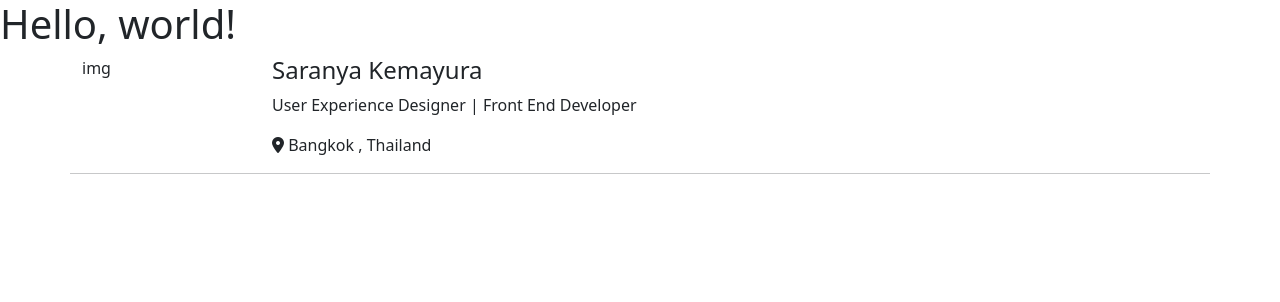
Repository: 0910th/portfolio
Page: index.html
The author's editor kept a copy of each file at every save. The page is drawn from the files as they stood at one save, then again after the next save.
The browser window is 1280 px wide. The pictures show the whole page.

Above is the page before, as saved 2022-12-07 14:29:43.

### index.html
<!doctype html>
<html lang="en">

<head>
    <meta charset="utf-8">
    <meta name="viewport" content="width=device-width, initial-scale=1">
    <title>Saranya Portfolio</title>

    <link href="./css/bootstrap.min.css" rel="stylesheet" crossorigin="anonymous">
    <link href="./css/mystyle.css" rel="stylesheet" crossorigin="anonymous">
    <!--font awesome -->
    <link rel="stylesheet" href="./fontawesome/css/all.css" type="text/css">
    <link rel="stylesheet" href="./fontawesome/css/fontawesome.css">
    <link rel="stylesheet" href="./fontawesome/css/brands.css">
    <link rel="stylesheet" href="./fontawesome/css/solid.css">
</head>

<body>
    <h1>Hello, world!</h1>
    <div class="container">
        <!-- Content here -->
        <!-- section01 Name  -->
        <div class="row justify-content-start">
            <div class="col-2 text-right">
                img
            </div>
            <div class="col-10">
                <h4>Saranya Kemayura</h4>
                <p>User Experience Designer | Front End Developer</p>
                <p><i class="fa-solid fa-location-dot"></i> Bangkok , Thailand </p>
            </div>
            <hr>

        </div>


    </div>




    <!-- script -->
    <script src="https://cdn.jsdelivr.net/npm/@popperjs/core@2.11.6/dist/umd/popper.min.js"
        integrity="sha384-oBqDVmMz9ATKxIep9tiCxS/Z9fNfEXiDAYTujMAeBAsjFuCZSmKbSSUnQlmh/jp3"
        crossorigin="anonymous"></script>
    <script src="https://cdn.jsdelivr.net/npm/bootstrap@5.2.3/dist/js/bootstrap.min.js"
        integrity="sha384-cuYeSxntonz0PPNlHhBs68uyIAVpIIOZZ5JqeqvYYIcEL727kskC66kF92t6Xl2V"
        crossorigin="anonymous"></script>
</body>

</html>

### fontawesome/css/brands.css
/*!
 * Font Awesome Free 6.1.1 by @fontawesome - https://fontawesome.com
 * License - https://fontawesome.com/license/free (Icons: CC BY 4.0, Fonts: SIL OFL 1.1, Code: MIT License)
 * Copyright 2022 Fonticons, Inc.
 */
:root, :host {
  --fa-font-brands: normal 400 1em/1 "Font Awesome 6 Brands"; }

@font-face {
  font-family: 'Font Awesome 6 Brands';
  font-style: normal;
  font-weight: 400;
  font-display: block;
  src: url("../webfonts/fa-brands-400.woff2") format("woff2"), url("../webfonts/fa-brands-400.ttf") format("truetype"); }

.fab,
.fa-brands {
  font-family: 'Font Awesome 6 Brands';
  font-weight: 400; }

.fa-42-group:before {
  content: "\e080"; }

.fa-innosoft:before {
  content: "\e080"; }

.fa-500px:before {
  content: "\f26e"; }

.fa-accessible-icon:before {
  content: "\f368"; }

.fa-accusoft:before {
  content: "\f369"; }

.fa-adn:before {
  content: "\f170"; }

.fa-adversal:before {
  content: "\f36a"; }

.fa-affiliatetheme:before {
  content: "\f36b"; }

.fa-airbnb:before {
  content: "\f834"; }

.fa-algolia:before {
  content: "\f36c"; }

.fa-alipay:before {
  content: "\f642"; }

.fa-amazon:before {
  content: "\f270"; }

.fa-amazon-pay:before {
  content: "\f42c"; }

.fa-amilia:before {
  content: "\f36d"; }

.fa-android:before {
  content: "\f17b"; }

.fa-angellist:before {
  content: "\f209"; }

.fa-angrycreative:before {
  content: "\f36e"; }

.fa-angular:before {
  content: "\f420"; }

.fa-app-store:before {
  content: "\f36f"; }

.fa-app-store-ios:before {
  content: "\f370"; }

.fa-apper:before {
  content: "\f371"; }

.fa-apple:before {
  content: "\f179"; }

.fa-apple-pay:before {
  content: "\f415"; }

.fa-artstation:before {
  content: "\f77a"; }

.fa-asymmetrik:before {
  content: "\f372"; }

.fa-atlassian:before {
  content: "\f77b"; }

.fa-audible:before {
  content: "\f373"; }

.fa-autoprefixer:before {
  content: "\f41c"; }

.fa-avianex:before {
  content: "\f374"; }

.fa-aviato:before {
  content: "\f421"; }

.fa-aws:before {
  content: "\f375"; }

.fa-bandcamp:before {
  content: "\f2d5"; }

.fa-battle-net:before {
  content: "\f835"; }

.fa-behance:before {
  content: "\f1b4"; }

.fa-behance-square:before {
  content: "\f1b5"; }

.fa-bilibili:before {
  content: "\e3d9"; }

.fa-bimobject:before {
  content: "\f378"; }

.fa-bitbucket:before {
  content: "\f171"; }

.fa-bitcoin:before {
  content: "\f379"; }

.fa-bity:before {
  content: "\f37a"; }

.fa-black-tie:before {
  content: "\f27e"; }

.fa-blackberry:before {
  content: "\f37b"; }

.fa-blogger:before {
  content: "\f37c"; }

.fa-blogger-b:before {
  content: "\f37d"; }

.fa-bluetooth:before {
  content: "\f293"; }

.fa-bluetooth-b:before {
  content: "\f294"; }

.fa-bootstrap:before {
  content: "\f836"; }

.fa-bots:before {
  content: "\e340"; }

.fa-btc:before {
  content: "\f15a"; }

.fa-buffer:before {
  content: "\f837"; }

.fa-buromobelexperte:before {
  content: "\f37f"; }

.fa-buy-n-large:before {
  content: "\f8a6"; }

.fa-buysellads:before {
  content: "\f20d"; }

.fa-canadian-maple-leaf:before {
  content: "\f785"; }

.fa-cc-amazon-pay:before {
  content: "\f42d"; }

.fa-cc-amex:before {
  content: "\f1f3"; }

.fa-cc-apple-pay:before {
  content: "\f416"; }

.fa-cc-diners-club:before {
  content: "\f24c"; }

.fa-cc-discover:before {
  content: "\f1f2"; }

.fa-cc-jcb:before {
  content: "\f24b"; }

.fa-cc-mastercard:before {
  content: "\f1f1"; }

.fa-cc-paypal:before {
  content: "\f1f4"; }

.fa-cc-stripe:before {
  content: "\f1f5"; }

.fa-cc-visa:before {
  content: "\f1f0"; }

.fa-centercode:before {
  content: "\f380"; }

.fa-centos:before {
  content: "\f789"; }

.fa-chrome:before {
  content: "\f268"; }

.fa-chromecast:before {
  content: "\f838"; }

.fa-cloudflare:before {
  content: "\e07d"; }

.fa-cloudscale:before {
  content: "\f383"; }

.fa-cloudsmith:before {
  content: "\f384"; }

.fa-cloudversify:before {
  content: "\f385"; }

.fa-cmplid:before {
  content: "\e360"; }

.fa-codepen:before {
  content: "\f1cb"; }

.fa-codiepie:before {
  content: "\f284"; }

.fa-confluence:before {
  content: "\f78d"; }

.fa-connectdevelop:before {
  content: "\f20e"; }

.fa-contao:before {
  content: "\f26d"; }

.fa-cotton-bureau:before {
  content: "\f89e"; }

.fa-cpanel:before {
  content: "\f388"; }

.fa-creative-commons:before {
  content: "\f25e"; }

.fa-creative-commons-by:before {
  content: "\f4e7"; }

.fa-creative-commons-nc:before {
  content: "\f4e8"; }

.fa-creative-commons-nc-eu:before {
  content: "\f4e9"; }

.fa-creative-commons-nc-jp:before {
  content: "\f4ea"; }

.fa-creative-commons-nd:before {
  content: "\f4eb"; }

.fa-creative-commons-pd:before {
  content: "\f4ec"; }

.fa-creative-commons-pd-alt:before {
  content: "\f4ed"; }

.fa-creative-commons-remix:before {
  content: "\f4ee"; }

.fa-creative-commons-sa:before {
  content: "\f4ef"; }

.fa-creative-commons-sampling:before {
  content: "\f4f0"; }

.fa-creative-commons-sampling-plus:before {
  content: "\f4f1"; }

.fa-creative-commons-share:before {
  content: "\f4f2"; }

.fa-creative-commons-zero:before {
  content: "\f4f3"; }

.fa-critical-role:before {
  content: "\f6c9"; }

.fa-css3:before {
  content: "\f13c"; }

.fa-css3-alt:before {
  content: "\f38b"; }

.fa-cuttlefish:before {
  content: "\f38c"; }

.fa-d-and-d:before {
  content: "\f38d"; }

.fa-d-and-d-beyond:before {
  content: "\f6ca"; }

.fa-dailymotion:before {
  content: "\e052"; }

.fa-dashcube:before {
  content: "\f210"; }

.fa-deezer:before {
  content: "\e077"; }

.fa-delicious:before {
  content: "\f1a5"; }

.fa-deploydog:before {
  content: "\f38e"; }

.fa-deskpro:before {
  content: "\f38f"; }

.fa-dev:before {
  content: "\f6cc"; }

.fa-deviantart:before {
  content: "\f1bd"; }

.fa-dhl:before {
  content: "\f790"; }

.fa-diaspora:before {
  content: "\f791"; }

.fa-digg:before {
  content: "\f1a6"; }

.fa-digital-ocean:before {
  content: "\f391"; }

.fa-discord:before {
  content: "\f392"; }

.fa-discourse:before {
  content: "\f393"; }

.fa-dochub:before {
  content: "\f394"; }

.fa-docker:before {
  content: "\f395"; }

.fa-draft2digital:before {
  content: "\f396"; }

.fa-dribbble:before {
  content: "\f17d"; }

.fa-dribbble-square:before {
  content: "\f397"; }

.fa-dropbox:before {
  content: "\f16b"; }

.fa-drupal:before {
  content: "\f1a9"; }

.fa-dyalog:before {
  content: "\f399"; }

.fa-earlybirds:before {
  content: "\f39a"; }

.fa-ebay:before {
  content: "\f4f4"; }

.fa-edge:before {
  content: "\f282"; }

.fa-edge-legacy:before {
  content: "\e078"; }

.fa-elementor:before {
  content: "\f430"; }

.fa-ello:before {
  content: "\f5f1"; }

.fa-ember:before {
  content: "\f423"; }

.fa-empire:before {
  content: "\f1d1"; }

.fa-envira:before {
  content: "\f299"; }

.fa-erlang:before {
  content: "\f39d"; }

.fa-ethereum:before {
  content: "\f42e"; }

.fa-etsy:before {
  content: "\f2d7"; }

.fa-evernote:before {
  content: "\f839"; }

.fa-expeditedssl:before {
  content: "\f23e"; }

.fa-facebook:before {
  content: "\f09a"; }

.fa-facebook-f:before {
  content: "\f39e"; }

.fa-facebook-messenger:before {
  content: "\f39f"; }

.fa-facebook-square:before {
  content: "\f082"; }

.fa-fantasy-flight-games:before {
  content: "\f6dc"; }

.fa-fedex:before {
  content: "\f797"; }

.fa-fedora:before {
  content: "\f798"; }

.fa-figma:before {
  content: "\f799"; }

.fa-firefox:before {
  content: "\f269"; }

.fa-firefox-browser:before {
  content: "\e007"; }

.fa-first-order:before {
  content: "\f2b0"; }

.fa-first-order-alt:before {
  content: "\f50a"; }

.fa-firstdraft:before {
  content: "\f3a1"; }

.fa-flickr:before {
  content: "\f16e"; }

.fa-flipboard:before {
  content: "\f44d"; }

.fa-fly:before {
  content: "\f417"; }

.fa-font-awesome:before {
  content: "\f2b4"; }

.fa-font-awesome-flag:before {
  content: "\f2b4"; }

.fa-font-awesome-logo-full:before {
  content: "\f2b4"; }

.fa-fonticons:before {
  content: "\f280"; }

.fa-fonticons-fi:before {
  content: "\f3a2"; }

.fa-fort-awesome:before {
  content: "\f286"; }

.fa-fort-awesome-alt:before {
  content: "\f3a3"; }

.fa-forumbee:before {
  content: "\f211"; }

.fa-foursquare:before {
  content: "\f180"; }

.fa-free-code-camp:before {
  content: "\f2c5"; }

.fa-freebsd:before {
  content: "\f3a4"; }

.fa-fulcrum:before {
  content: "\f50b"; }

.fa-galactic-republic:before {
  content: "\f50c"; }

.fa-galactic-senate:before {
  content: "\f50d"; }

.fa-get-pocket:before {
  content: "\f265"; }

.fa-gg:before {
  content: "\f260"; }

.fa-gg-circle:before {
  content: "\f261"; }

.fa-git:before {
  content: "\f1d3"; }

.fa-git-alt:before {
  content: "\f841"; }

.fa-git-square:before {
  content: "\f1d2"; }

.fa-github:before {
  content: "\f09b"; }

.fa-github-alt:before {
  content: "\f113"; }

.fa-github-square:before {
  content: "\f092"; }

.fa-gitkraken:before {
  content: "\f3a6"; }

.fa-gitlab:before {
  content: "\f296"; }

.fa-gitter:before {
  content: "\f426"; }

.fa-glide:before {
  content: "\f2a5"; }

.fa-glide-g:before {
  content: "\f2a6"; }

.fa-gofore:before {
  content: "\f3a7"; }

.fa-golang:before {
  content: "\e40f"; }

.fa-goodreads:before {
  content: "\f3a8"; }

.fa-goodreads-g:before {
  content: "\f3a9"; }

.fa-google:before {
  content: "\f1a0"; }

.fa-google-drive:before {
  content: "\f3aa"; }

.fa-google-pay:before {
  content: "\e079"; }

.fa-google-play:before {
  content: "\f3ab"; }

.fa-google-plus:before {
  content: "\f2b3"; }

.fa-google-plus-g:before {
  content: "\f0d5"; }

.fa-google-plus-square:before {
  content: "\f0d4"; }

.fa-google-wallet:before {
  content: "\f1ee"; }

.fa-gratipay:before {
  content: "\f184"; }

.fa-grav:before {
  content: "\f2d6"; }

.fa-gripfire:before {
  content: "\f3ac"; }

.fa-grunt:before {
  content: "\f3ad"; }

.fa-guilded:before {
  content: "\e07e"; }

.fa-gulp:before {
  content: "\f3ae"; }

.fa-hacker-news:before {
  content: "\f1d4"; }

.fa-hacker-news-square:before {
  content: "\f3af"; }

.fa-hackerrank:before {
  content: "\f5f7"; }

.fa-hashnode:before {
  content: "\e499"; }

.fa-hips:before {
  content: "\f452"; }

.fa-hire-a-helper:before {
  content: "\f3b0"; }

.fa-hive:before {
  content: "\e07f"; }

.fa-hooli:before {
  content: "\f427"; }

.fa-hornbill:before {
  content: "\f592"; }

.fa-hotjar:before {
  content: "\f3b1"; }

.fa-houzz:before {
  content: "\f27c"; }

.fa-html5:before {
  content: "\f13b"; }

.fa-hubspot:before {
  content: "\f3b2"; }

.fa-ideal:before {
  content: "\e013"; }

.fa-imdb:before {
  content: "\f2d8"; }

.fa-instagram:before {
  content: "\f16d"; }

.fa-instagram-square:before {
  content: "\e055"; }

.fa-instalod:before {
  content: "\e081"; }

.fa-intercom:before {
  content: "\f7af"; }

.fa-internet-explorer:before {
  content: "\f26b"; }

.fa-invision:before {
  content: "\f7b0"; }

.fa-ioxhost:before {
  content: "\f208"; }

.fa-itch-io:before {
  content: "\f83a"; }

.fa-itunes:before {
  content: "\f3b4"; }

.fa-itunes-note:before {
  content: "\f3b5"; }

.fa-java:before {
  content: "\f4e4"; }

.fa-jedi-order:before {
  content: "\f50e"; }

.fa-jenkins:before {
  content: "\f3b6"; }

.fa-jira:before {
  content: "\f7b1"; }

.fa-joget:before {
  content: "\f3b7"; }

.fa-joomla:before {
  content: "\f1aa"; }

.fa-js:before {
  content: "\f3b8"; }

.fa-js-square:before {
  content: "\f3b9"; }

.fa-jsfiddle:before {
  content: "\f1cc"; }

.fa-kaggle:before {
  content: "\f5fa"; }

.fa-keybase:before {
  content: "\f4f5"; }

.fa-keycdn:before {
  content: "\f3ba"; }

.fa-kickstarter:before {
  content: "\f3bb"; }

.fa-kickstarter-k:before {
  content: "\f3bc"; }

.fa-korvue:before {
  content: "\f42f"; }

.fa-laravel:before {
  content: "\f3bd"; }

.fa-lastfm:before {
  content: "\f202"; }

.fa-lastfm-square:before {
  content: "\f203"; }

.fa-leanpub:before {
  content: "\f212"; }

.fa-less:before {
  content: "\f41d"; }

.fa-line:before {
  content: "\f3c0"; }

.fa-linkedin:before {
  content: "\f08c"; }

.fa-linkedin-in:before {
  content: "\f0e1"; }

.fa-linode:before {
  content: "\f2b8"; }

.fa-linux:before {
  content: "\f17c"; }

.fa-lyft:before {
  content: "\f3c3"; }

.fa-magento:before {
  content: "\f3c4"; }

.fa-mailchimp:before {
  content: "\f59e"; }

.fa-mandalorian:before {
  content: "\f50f"; }

.fa-markdown:before {
  content: "\f60f"; }

.fa-mastodon:before {
  content: "\f4f6"; }

.fa-maxcdn:before {
  content: "\f136"; }

.fa-mdb:before {
  content: "\f8ca"; }

.fa-medapps:before {
  content: "\f3c6"; }

.fa-medium:before {
  content: "\f23a"; }

.fa-medium-m:before {
  content: "\f23a"; }

.fa-medrt:before {
  content: "\f3c8"; }

.fa-meetup:before {
  content: "\f2e0"; }

.fa-megaport:before {
  content: "\f5a3"; }

.fa-mendeley:before {
  content: "\f7b3"; }

.fa-microblog:before {
  content: "\e01a"; }

.fa-microsoft:before {
  content: "\f3ca"; }

.fa-mix:before {
  content: "\f3cb"; }

.fa-mixcloud:before {
  content: "\f289"; }

.fa-mixer:before {
  content: "\e056"; }

.fa-mizuni:before {
  content: "\f3cc"; }

.fa-modx:before {
  content: "\f285"; }

.fa-monero:before {
  content: "\f3d0"; }

.fa-napster:before {
  content: "\f3d2"; }

.fa-neos:before {
  content: "\f612"; }

.fa-nfc-directional:before {
  content: "\e530"; }

.fa-nfc-symbol:before {
  content: "\e531"; }

.fa-nimblr:before {
  content: "\f5a8"; }

.fa-node:before {
  content: "\f419"; }

.fa-node-js:before {
  content: "\f3d3"; }

.fa-npm:before {
  content: "\f3d4"; }

.fa-ns8:before {
  content: "\f3d5"; }

.fa-nutritionix:before {
  content: "\f3d6"; }

.fa-octopus-deploy:before {
  content: "\e082"; }

.fa-odnoklassniki:before {
  content: "\f263"; }

.fa-odnoklassniki-square:before {
  content: "\f264"; }

.fa-old-republic:before {
  content: "\f510"; }

.fa-opencart:before {
  content: "\f23d"; }

.fa-openid:before {
  content: "\f19b"; }

.fa-opera:before {
  content: "\f26a"; }

.fa-optin-monster:before {
  content: "\f23c"; }

.fa-orcid:before {
  content: "\f8d2"; }

.fa-osi:before {
  content: "\f41a"; }

.fa-padlet:before {
  content: "\e4a0"; }

.fa-page4:before {
  content: "\f3d7"; }

.fa-pagelines:before {
  content: "\f18c"; }

.fa-palfed:before {
  content: "\f3d8"; }

.fa-patreon:before {
  content: "\f3d9"; }

.fa-paypal:before {
  content: "\f1ed"; }

.fa-perbyte:before {
  content: "\e083"; }

.fa-periscope:before {
  content: "\f3da"; }

.fa-phabricator:before {
  content: "\f3db"; }

.fa-phoenix-framework:before {
  content: "\f3dc"; }

.fa-phoenix-squadron:before {
  content: "\f511"; }

.fa-php:before {
  content: "\f457"; }

.fa-pied-piper:before {
  content: "\f2ae"; }

.fa-pied-piper-alt:before {
  content: "\f1a8"; }

.fa-pied-piper-hat:before {
  content: "\f4e5"; }

.fa-pied-piper-pp:before {
  content: "\f1a7"; }

.fa-pied-piper-square:before {
  content: "\e01e"; }

.fa-pinterest:before {
  content: "\f0d2"; }

.fa-pinterest-p:before {
  content: "\f231"; }

.fa-pinterest-square:before {
  content: "\f0d3"; }

.fa-pix:before {
  content: "\e43a"; }

.fa-playstation:before {
  content: "\f3df"; }

.fa-product-hunt:before {
  content: "\f288"; }

.fa-pushed:before {
  content: "\f3e1"; }

.fa-python:before {
  content: "\f3e2"; }

.fa-qq:before {
  content: "\f1d6"; }

.fa-quinscape:before {
  content: "\f459"; }

.fa-quora:before {
  content: "\f2c4"; }

.fa-r-project:before {
  content: "\f4f7"; }

.fa-raspberry-pi:before {
  content: "\f7bb"; }

.fa-ravelry:before {
  content: "\f2d9"; }

.fa-react:before {
  content: "\f41b"; }

.fa-reacteurope:before {
  content: "\f75d"; }

.fa-readme:before {
  content: "\f4d5"; }

.fa-rebel:before {
  content: "\f1d0"; }

.fa-red-river:before {
  content: "\f3e3"; }

.fa-reddit:before {
  content: "\f1a1"; }

.fa-reddit-alien:before {
  content: "\f281"; }

.fa-reddit-square:before {
  content: "\f1a2"; }

.fa-redhat:before {
  content: "\f7bc"; }

.fa-renren:before {
  content: "\f18b"; }

.fa-replyd:before {
  content: "\f3e6"; }

.fa-researchgate:before {
  content: "\f4f8"; }

.fa-resolving:before {
  content: "\f3e7"; }

.fa-rev:before {
  content: "\f5b2"; }

.fa-rocketchat:before {
  content: "\f3e8"; }

.fa-rockrms:before {
  content: "\f3e9"; }

.fa-rust:before {
  content: "\e07a"; }

.fa-safari:before {
  content: "\f267"; }

.fa-salesforce:before {
  content: "\f83b"; }

.fa-sass:before {
  content: "\f41e"; }

.fa-schlix:before {
  content: "\f3ea"; }

.fa-screenpal:before {
  content: "\e570"; }

.fa-scribd:before {
  content: "\f28a"; }

.fa-searchengin:before {
  content: "\f3eb"; }

.fa-sellcast:before {
  content: "\f2da"; }

.fa-sellsy:before {
  content: "\f213"; }

.fa-servicestack:before {
  content: "\f3ec"; }

.fa-shirtsinbulk:before {
  content: "\f214"; }

.fa-shopify:before {
  content: "\e057"; }

.fa-shopware:before {
  content: "\f5b5"; }

.fa-simplybuilt:before {
  content: "\f215"; }

.fa-sistrix:before {
  content: "\f3ee"; }

.fa-sith:before {
  content: "\f512"; }

.fa-sitrox:before {
  content: "\e44a"; }

.fa-sketch:before {
  content: "\f7c6"; }

.fa-skyatlas:before {
  content: "\f216"; }

.fa-skype:before {
  content: "\f17e"; }

.fa-slack:before {
  content: "\f198"; }

.fa-slack-hash:before {
  content: "\f198"; }

.fa-slideshare:before {
  content: "\f1e7"; }

.fa-snapchat:before {
  content: "\f2ab"; }

.fa-snapchat-ghost:before {
  content: "\f2ab"; }

.fa-snapchat-square:before {
  content: "\f2ad"; }

.fa-soundcloud:before {
  content: "\f1be"; }

.fa-sourcetree:before {
  content: "\f7d3"; }

.fa-speakap:before {
  content: "\f3f3"; }

.fa-speaker-deck:before {
  content: "\f83c"; }

.fa-spotify:before {
  content: "\f1bc"; }

.fa-square-font-awesome:before {
  content: "\f425"; }

.fa-square-font-awesome-stroke:before {
  content: "\f35c"; }

.fa-font-awesome-alt:before {
  content: "\f35c"; }

.fa-squarespace:before {
  content: "\f5be"; }

.fa-stack-exchange:before {
  content: "\f18d"; }

.fa-stack-overflow:before {
  content: "\f16c"; }

.fa-stackpath:before {
  content: "\f842"; }

.fa-staylinked:before {
  content: "\f3f5"; }

.fa-steam:before {
  content: "\f1b6"; }

.fa-steam-square:before {
  content: "\f1b7"; }

.fa-steam-symbol:before {
  content: "\f3f6"; }

.fa-sticker-mule:before {
  content: "\f3f7"; }

.fa-strava:before {
  content: "\f428"; }

.fa-stripe:before {
  content: "\f429"; }

.fa-stripe-s:before {
  content: "\f42a"; }

.fa-studiovinari:before {
  content: "\f3f8"; }

.fa-stumbleupon:before {
  content: "\f1a4"; }

.fa-stumbleupon-circle:before {
  content: "\f1a3"; }

.fa-superpowers:before {
  content: "\f2dd"; }

.fa-supple:before {
  content: "\f3f9"; }

.fa-suse:before {
  content: "\f7d6"; }

.fa-swift:before {
  content: "\f8e1"; }

.fa-symfony:before {
  content: "\f83d"; }

.fa-teamspeak:before {
  content: "\f4f9"; }

.fa-telegram:before {
  content: "\f2c6"; }

.fa-telegram-plane:before {
  content: "\f2c6"; }

.fa-tencent-weibo:before {
  content: "\f1d5"; }

.fa-the-red-yeti:before {
  content: "\f69d"; }

.fa-themeco:before {
  content: "\f5c6"; }

.fa-themeisle:before {
  content: "\f2b2"; }

.fa-think-peaks:before {
  content: "\f731"; }

.fa-tiktok:before {
  content: "\e07b"; }

.fa-trade-federation:before {
  content: "\f513"; }

.fa-trello:before {
  content: "\f181"; }

.fa-tumblr:before {
  content: "\f173"; }

.fa-tumblr-square:before {
  content: "\f174"; }

.fa-twitch:before {
  content: "\f1e8"; }

.fa-twitter:before {
  content: "\f099"; }

.fa-twitter-square:before {
  content: "\f081"; }

.fa-typo3:before {
  content: "\f42b"; }

.fa-uber:before {
  content: "\f402"; }

.fa-ubuntu:before {
  content: "\f7df"; }

.fa-uikit:before {
  content: "\f403"; }

.fa-umbraco:before {
  content: "\f8e8"; }

.fa-uncharted:before {
  content: "\e084"; }

.fa-uniregistry:before {
  content: "\f404"; }

.fa-unity:before {
  content: "\e049"; }

.fa-unsplash:before {
  content: "\e07c"; }

.fa-untappd:before {
  content: "\f405"; }

.fa-ups:before {
  content: "\f7e0"; }

.fa-usb:before {
  content: "\f287"; }

.fa-usps:before {
  content: "\f7e1"; }

.fa-ussunnah:before {
  content: "\f407"; }

.fa-vaadin:before {
  content: "\f408"; }

.fa-viacoin:before {
  content: "\f237"; }

.fa-viadeo:before {
  content: "\f2a9"; }

.fa-viadeo-square:before {
  content: "\f2aa"; }

.fa-viber:before {
  content: "\f409"; }

.fa-vimeo:before {
  content: "\f40a"; }

.fa-vimeo-square:before {
  content: "\f194"; }

.fa-vimeo-v:before {
  content: "\f27d"; }

.fa-vine:before {
  content: "\f1ca"; }

.fa-vk:before {
  content: "\f189"; }

.fa-vnv:before {
  content: "\f40b"; }

.fa-vuejs:before {
  content: "\f41f"; }

.fa-watchman-monitoring:before {
  content: "\e087"; }

.fa-waze:before {
  content: "\f83f"; }

.fa-weebly:before {
  content: "\f5cc"; }

.fa-weibo:before {
  content: "\f18a"; }

.fa-weixin:before {
  content: "\f1d7"; }

.fa-whatsapp:before {
  content: "\f232"; }

.fa-whatsapp-square:before {
  content: "\f40c"; }

.fa-whmcs:before {
  content: "\f40d"; }

.fa-wikipedia-w:before {
  content: "\f266"; }

.fa-windows:before {
  content: "\f17a"; }

.fa-wirsindhandwerk:before {
  content: "\e2d0"; }

.fa-wsh:before {
  content: "\e2d0"; }

.fa-wix:before {
  content: "\f5cf"; }

.fa-wizards-of-the-coast:before {
  content: "\f730"; }

.fa-wodu:before {
  content: "\e088"; }

.fa-wolf-pack-battalion:before {
  content: "\f514"; }

.fa-wordpress:before {
  content: "\f19a"; }

.fa-wordpress-simple:before {
  content: "\f411"; }

.fa-wpbeginner:before {
  content: "\f297"; }

.fa-wpexplorer:before {
  content: "\f2de"; }

.fa-wpforms:before {
  content: "\f298"; }

.fa-wpressr:before {
  content: "\f3e4"; }

.fa-xbox:before {
  content: "\f412"; }

.fa-xing:before {
  content: "\f168"; }

.fa-xing-square:before {
  content: "\f169"; }

.fa-y-combinator:before {
  content: "\f23b"; }

.fa-yahoo:before {
  content: "\f19e"; }

.fa-yammer:before {
  content: "\f840"; }

.fa-yandex:before {
  content: "\f413"; }

.fa-yandex-international:before {
  content: "\f414"; }

.fa-yarn:before {
  content: "\f7e3"; }

.fa-yelp:before {
  content: "\f1e9"; }

.fa-yoast:before {
  content: "\f2b1"; }

.fa-youtube:before {
  content: "\f167"; }

.fa-youtube-square:before {
  content: "\f431"; }

.fa-zhihu:before {
  content: "\f63f"; }

Loaded but not shown: css/bootstrap.min.css (library); fontawesome/css/all.css (library); fontawesome/css/fontawesome.css (library); fontawesome/css/solid.css (common file); css/mystyle.css (no stored copy; drawn as an empty file)

After the next save:
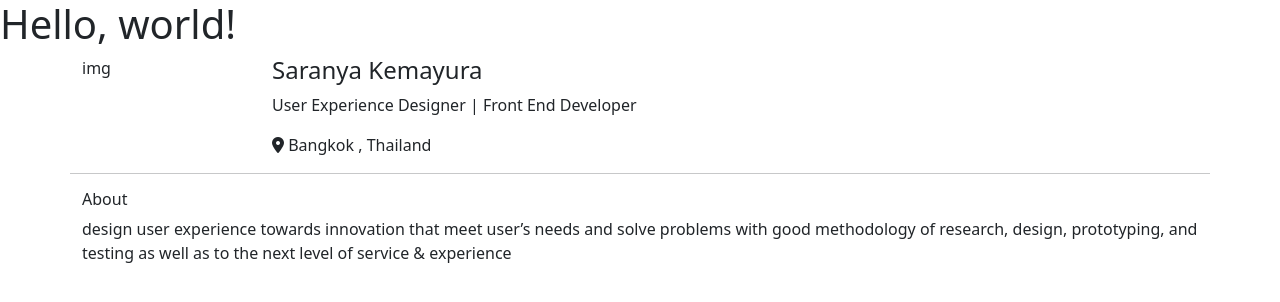
Saved 3 min 44 s later.
--- a/index.html
+++ b/index.html
@@ -30,7 +30,9 @@
                 <p><i class="fa-solid fa-location-dot"></i> Bangkok , Thailand </p>
             </div>
             <hr>
-
+            <h6>About</h6>
+            <p>design user experience towards innovation that meet user’s needs and solve problems with good methodology of research,
+            design, prototyping, and testing as well as to the next level of service & experience</p>
         </div>
 
 
